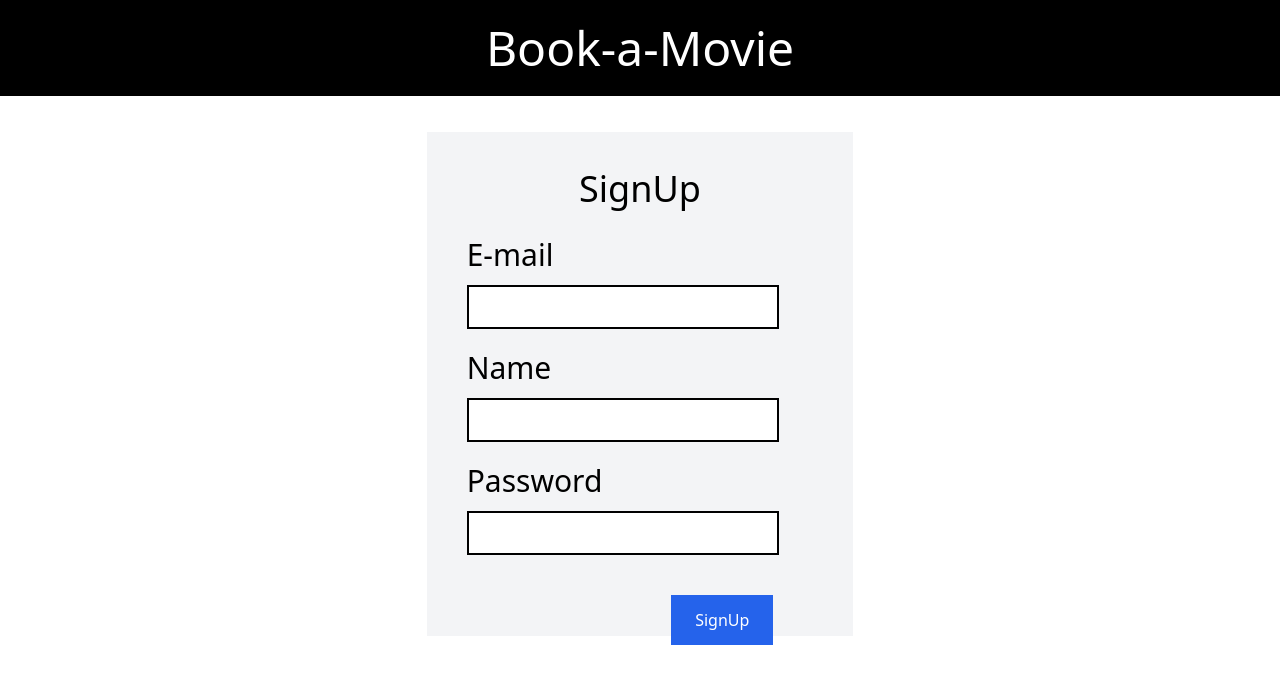
Repository: BhumilModi/movie-booking-app-assignment
Page: /
These files come from the project's save history. The page is drawn as it stood at one moment and after a run of saves; the edit follows.
The browser window is 1280 px wide. The pictures show the whole page.
The project was rebuilt for these pictures with package versions that can differ from the ones it lists, and the page was loaded fresh each time. Also part of the build but not shown: src/App.css.

Above is the page before, as saved 2022-11-29 18:28:57.

### src/App.js
import { Route, Routes } from 'react-router-dom';
import './App.css';
import Login from './components/Login';
import SignUp from './components/SignUp';
function App() {
  return (
    <div>
      {/* <Login /> */}
      <SignUp />
    </div>
  );
}

export default App;

### src/components/SignUp.jsx
import React from "react";
import Navbar from "./Navbar";

function Login() {
  return (
    <div className="flex flex-col justify-center items-center">
      <Navbar />
      <div className="h-[70vh] bg-gray-100 w-1/3 my-[5vh] flex flex-col p-[40px]">
        <div className="text-[36px] mx-auto mt-[-10px]">SignUp</div>
        <div className="text-[30px] mt-4 mb-2">E-mail</div>
        <input type="text" className="w-[90%] border-2 border-black p-2" />
        <div className="text-[30px] mt-4 mb-2">Name</div>
        <input type="text" className="w-[90%] border-2 border-black p-2" />
        <div className="text-[30px] mt-4 mb-2">Password</div>
        <input type="password" className="w-[90%] border-2 border-black p-2" />
        <div className="flex justify-end items-center mt-10 mr-10">
          <button className="bg-blue-600 w-1/3 h-[50px] text-white">
            SignUp
          </button>
        </div>
      </div>
    </div>
  );
}

export default Login;

### src/components/Navbar.jsx
import React from "react";

function Navbar() {
  return (
    <div className="h-24 bg-black flex justify-center items-center w-full">
      <div className="text-white text-[48px]">Book-a-Movie</div>
    </div>
  );
}

export default Navbar;

### src/components/Login.jsx
import React from "react";
import Navbar from "./Navbar";

function Login() {
  return (
    <div className="flex flex-col justify-center items-center">
      <Navbar />
      <div className="h-[60vh] bg-gray-100 w-1/3 my-[10vh] flex flex-col p-[40px]">
        <div className="text-[36px] mx-auto">Login</div>
        <div className="text-[30px] mt-4 mb-2">E-mail</div>
        <input type="text" className="w-[90%] border-2 border-black" />
        <div className="text-[30px] mt-4 mb-2">Password</div>
        <input type="password" className="w-[90%] border-2 border-black" />
        <div className="flex justify-between items-center mt-10 mr-10">
          <p className="text-[24px] ml-5 text-blue-600 cursor-pointer">
            Sign-Up
          </p>
          <button className="bg-blue-600 w-1/3 h-[50px] text-white">
            Login
          </button>
        </div>
      </div>
    </div>
  );
}

export default Login;

Loaded but not shown: public/index.html (common file); src/index.js (common file); src/index.css (common file); tailwind.config.js (common file)

After the next 3 saves:
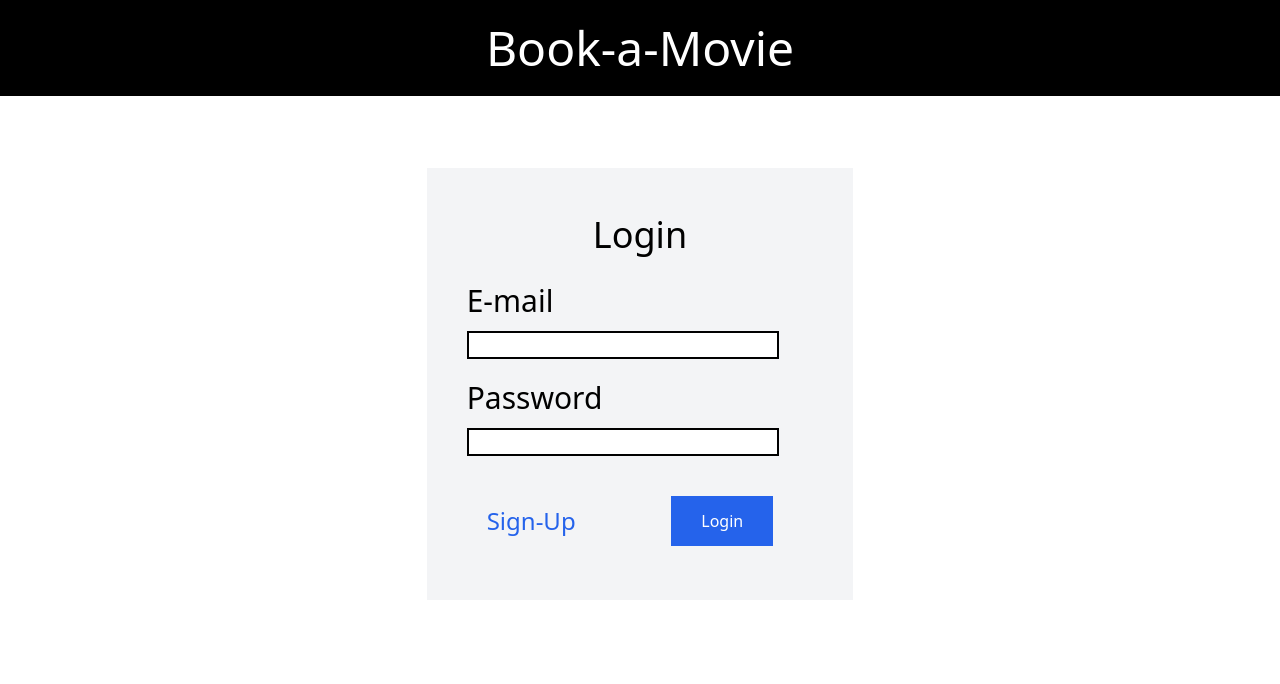
The 3 saves are shown as one change because 2 did not build or start.
The last was saved 3 min 57 s later.
--- a/src/App.js
+++ b/src/App.js
@@ -5,8 +5,7 @@ import SignUp from './components/SignUp';
 function App() {
   return (
     <div>
-      {/* <Login /> */}
-      <SignUp />
+      <Login />
     </div>
   );
 }
